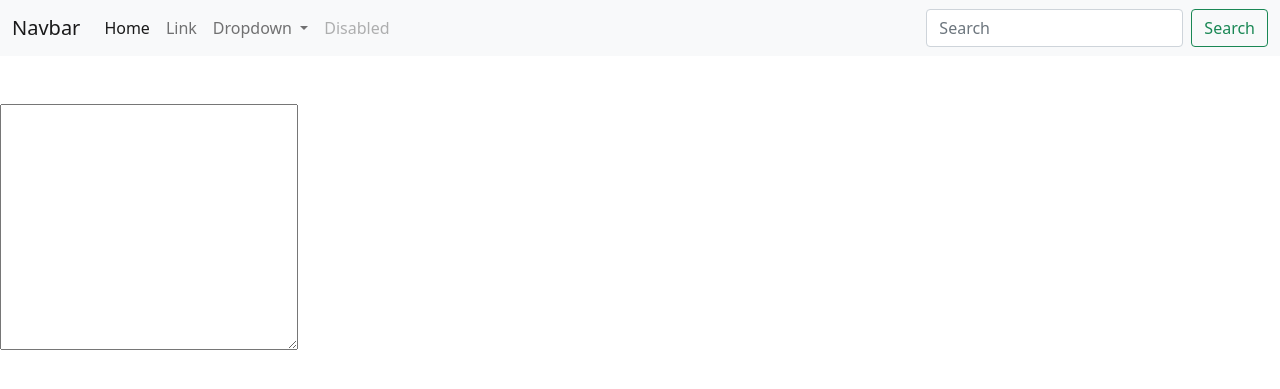
Repository: thenameisshreyank/Textutility
Page: http://localhost/
These files come from the project's save history. The page is drawn as it stood at one moment and after the next save; the edit follows.
The browser window is 1280 px wide. The pictures show the whole page.
The page is served by the project's application, run on Django 4.2 (manage.py). Other server files are loaded and not shown.

Above is the page before, as saved 2022-04-12 08:36:22.

### templates/index.html
<!DOCTYPE html>
<html lang="en">
<head>
    <meta charset="UTF-8">
    <meta http-equiv="X-UA-Compatible" content="IE=edge">
    <meta name="viewport" content="width=device-width, initial-scale=1.0">
    <!-- CSS only -->
<link href="https://cdn.jsdelivr.net/npm/bootstrap@5.1.3/dist/css/bootstrap.min.css" rel="stylesheet" integrity="sha384-1BmE4kWBq78iYhFldvKuhfTAU6auU8tT94WrHftjDbrCEXSU1oBoqyl2QvZ6jIW3" crossorigin="anonymous">
    <title>Document</title>
    <style>
      #text{
        margin: auto;
      }
    </style>
</head>
<body>
    <nav class="navbar navbar-expand-lg navbar-light bg-light">
        <div class="container-fluid">
          <a class="navbar-brand" href="https://getbootstrap.com/">Navbar</a>
          <button class="navbar-toggler" type="button" data-bs-toggle="collapse" data-bs-target="#navbarSupportedContent" aria-controls="navbarSupportedContent" aria-expanded="false" aria-label="Toggle navigation">
            <span class="navbar-toggler-icon"></span>
          </button>
          <div class="collapse navbar-collapse" id="navbarSupportedContent">
            <ul class="navbar-nav me-auto mb-2 mb-lg-0">
              <li class="nav-item">
                <a class="nav-link active" aria-current="page" href="#">Home</a>
              </li>
              <li class="nav-item">
                <a class="nav-link" href="#">Link</a>
              </li>
              <li class="nav-item dropdown">
                <a class="nav-link dropdown-toggle" href="#" id="navbarDropdown" role="button" data-bs-toggle="dropdown" aria-expanded="false">
                  Dropdown
                </a>
                <ul class="dropdown-menu" aria-labelledby="navbarDropdown">
                  <li><a class="dropdown-item" href="#">Action</a></li>
                  <li><a class="dropdown-item" href="#">Another action</a></li>
                  <li><hr class="dropdown-divider"></li>
                  <li><a class="dropdown-item" href="#">Something else here</a></li>
                </ul>
              </li>
              <li class="nav-item">
                <a class="nav-link disabled">Disabled</a>
              </li>
            </ul>
            <form class="d-flex">
              <input class="form-control me-2" type="search" placeholder="Search" aria-label="Search">
              <button class="btn btn-outline-success" type="submit">Search</button>
            </form>
          </div>
        </div>
      </nav><br><br>
      <form action="">
        <textarea name="text" id="text" cols="30" rows="10"></textarea>

      </form>
</body>
</html>

### c1/views.py

from django.http import HttpResponse
from django.shortcuts import render

from django.http import HttpResponse
# Create your views here.

def nav(request):
    return render(request,"index.html")

### c/urls.py
"""c URL Configuration

The `urlpatterns` list routes URLs to views. For more information please see:
    https://docs.djangoproject.com/en/4.0/topics/http/urls/
Examples:
Function views
    1. Add an import:  from my_app import views
    2. Add a URL to urlpatterns:  path('', views.home, name='home')
Class-based views
    1. Add an import:  from other_app.views import Home
    2. Add a URL to urlpatterns:  path('', Home.as_view(), name='home')
Including another URLconf
    1. Import the include() function: from django.urls import include, path
    2. Add a URL to urlpatterns:  path('blog/', include('blog.urls'))
"""

from django.contrib import admin
from django.urls import include, path

urlpatterns = [
    path('admin/', admin.site.urls),
    path('',include('c1.urls')),
]

### c1/urls.py




from . import views
from django.urls import path


urlpatterns=[
    path('',views.nav),
]

After the next save:
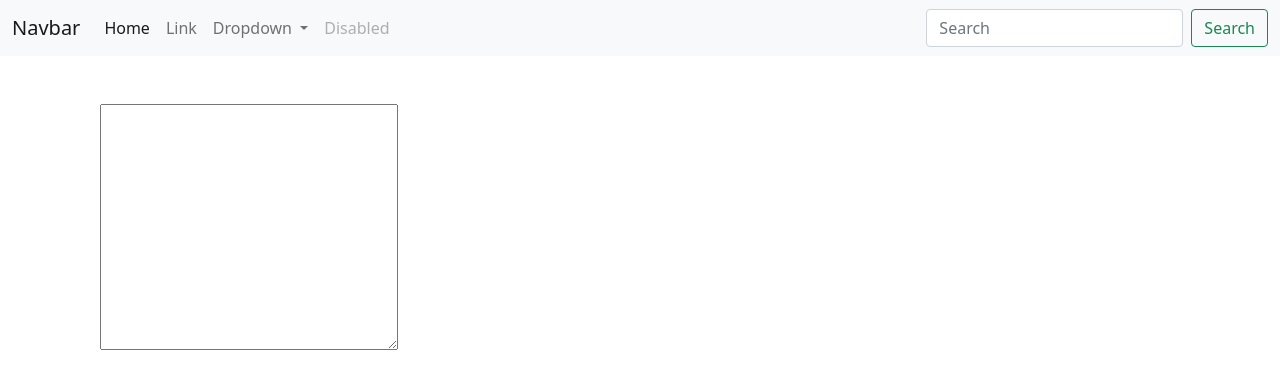
Saved 12 s later.
--- a/templates/index.html
+++ b/templates/index.html
@@ -9,7 +9,7 @@
     <title>Document</title>
     <style>
       #text{
-        margin: auto;
+        margin-left: 100px;
       }
     </style>
 </head>
